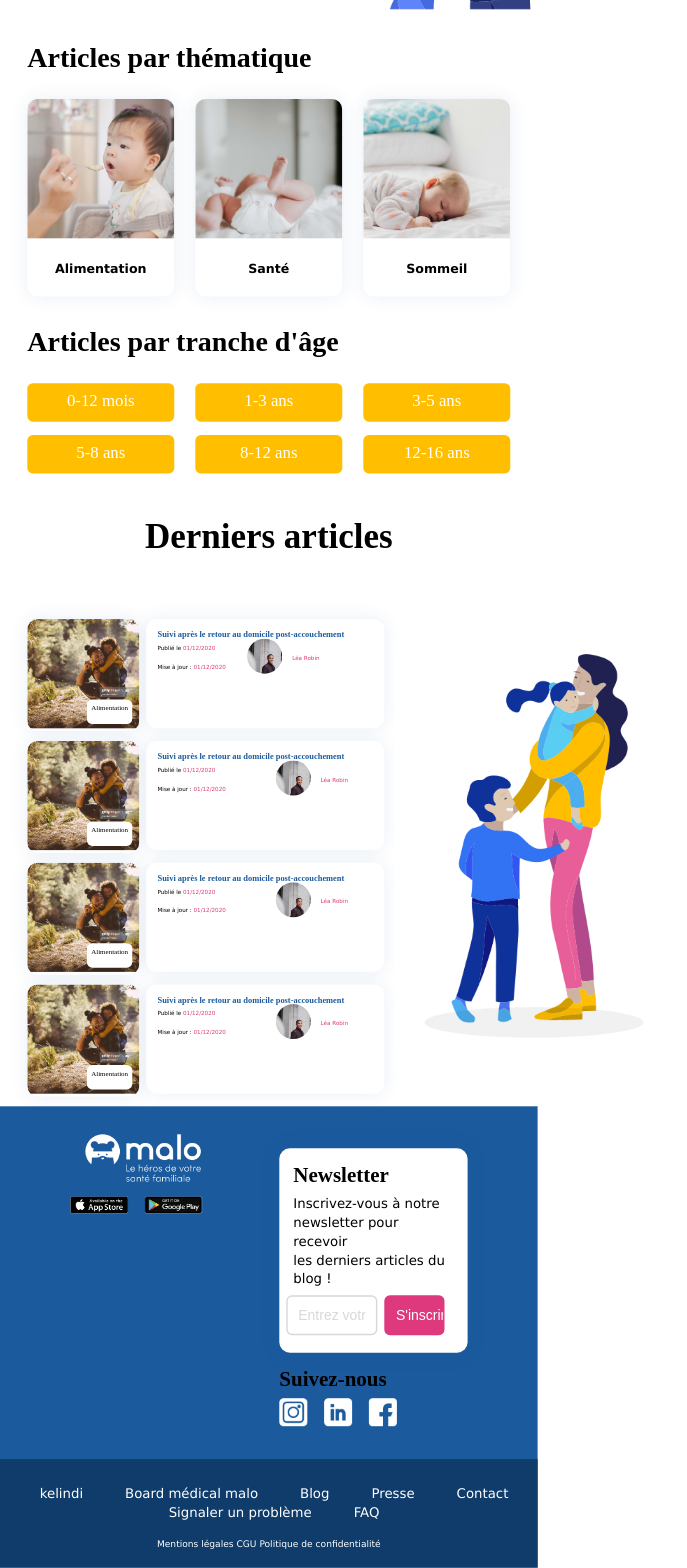
Repository: carbone-dev/keli-malo
Page: blog.html
An editor plug-in stored every save of this project. The page is shown before and after the next save, followed by the edit.
The browser window is 768 px wide. The page is 981 px wide, so the pictures cover 981 px, including what lies to the right of the window. The pictures show the part of the page from y = 448 to 2688 px (the page is 2688 px tall), at 70% of full size.

Above is the page before, as saved 2020-12-11 11:28:05.

After the next save:
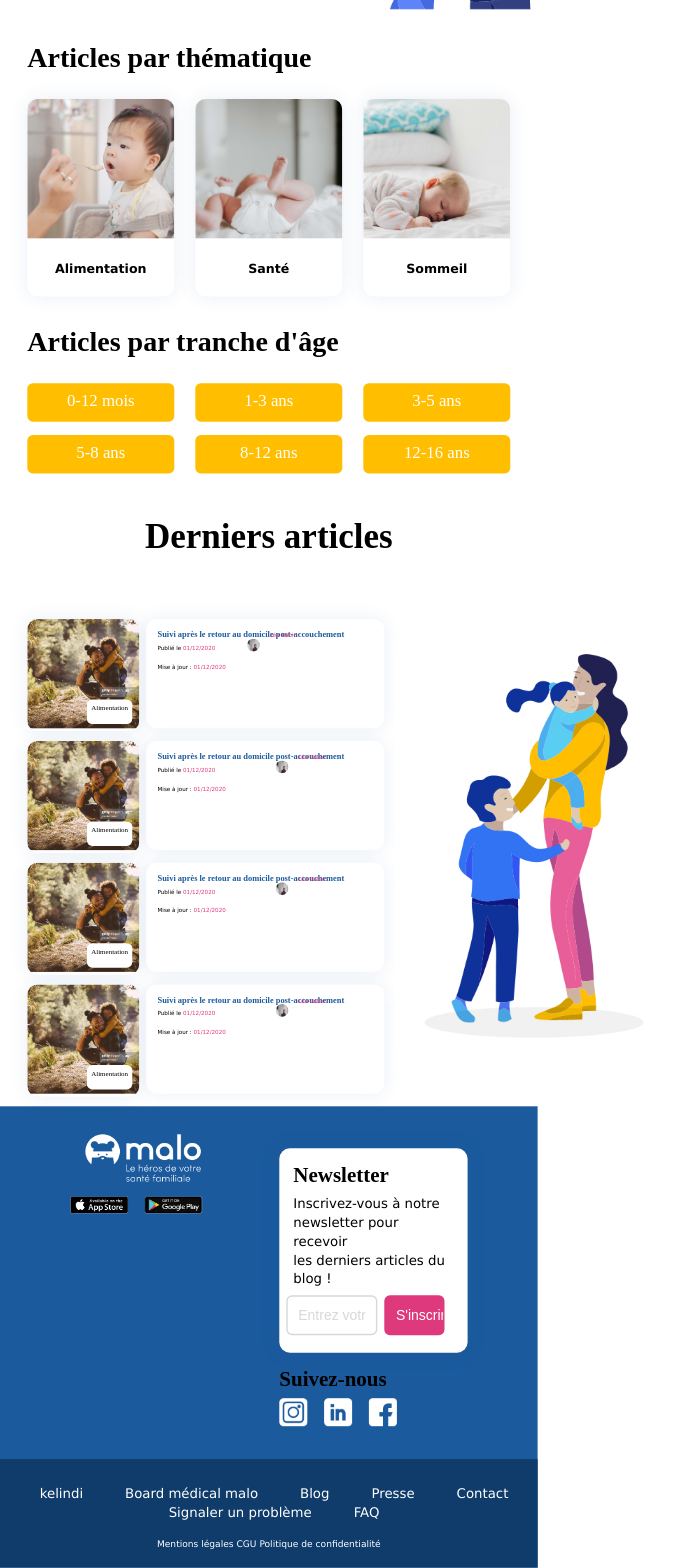
Saved 34 s later.
--- a/css/blog.css
+++ b/css/blog.css
@@ -116,4 +116,9 @@
       font-size: 10px !important;
       padding: 6px !important;
   }
+
+  .avatar {
+    height: 18px;
+    width: 18px;
+  }
 }
